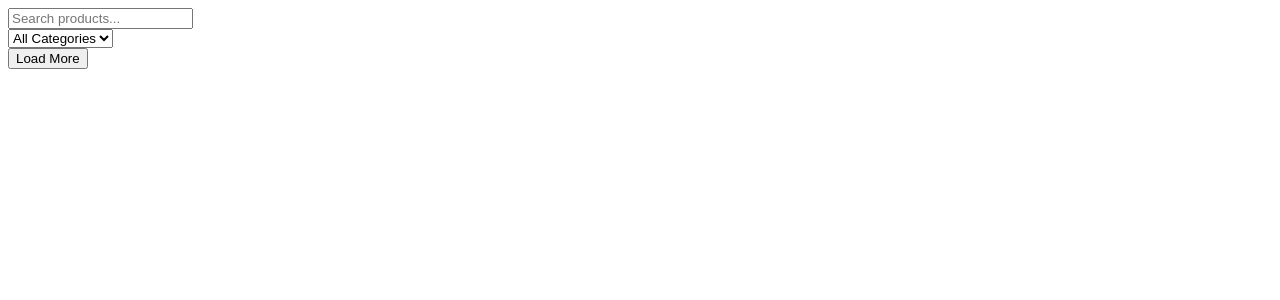
Repository: ARUN-YERRAM/LinkedinInternships
Page: / (app in my-app/)
These files come from the project's save history. The page is drawn as it stood at one moment and after the next save; the edit follows.
The browser window is 1280 px wide. The pictures show the whole page.
The page's requests for data from a server got no answer. The project was rebuilt for these pictures with package versions that can differ from the ones it lists, and the page was loaded fresh each time. No one was signed in, and anything a server would have sent is missing.

Above is the page before, as saved 2024-09-29 15:04:57.

After the next save:
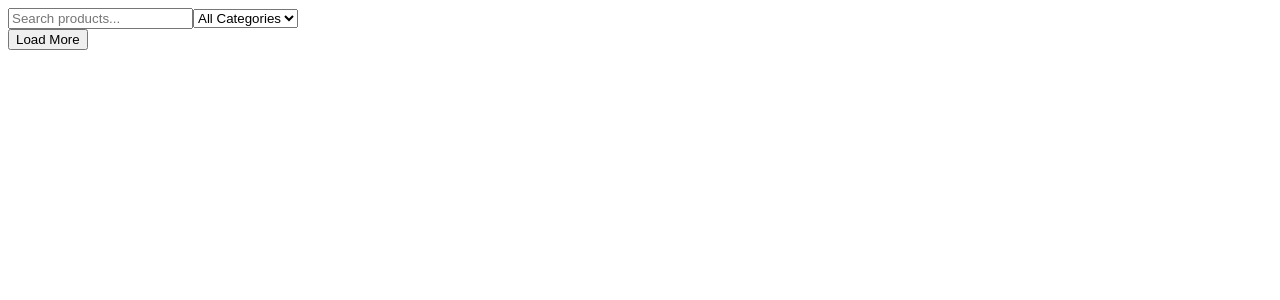
Saved 25 s later.
--- a/my-app/src/components/CategorySelector.js
+++ b/my-app/src/components/CategorySelector.js
@@ -2,16 +2,14 @@ import React from 'react';
 
 const CategorySelector = ({ categories, onCategoryChange, selectedCategory }) => {
   return (
-    <div>
-      <select value={selectedCategory} onChange={(e) => onCategoryChange(e.target.value)}>
-        <option value="">All Categories</option>
-        {categories.map((category) => (
-          <option key={category} value={category}>
-            {category}
-          </option>
-        ))}
-      </select>
-    </div>
+    <select value={selectedCategory} onChange={(e) => onCategoryChange(e.target.value)}>
+      <option value="">All Categories</option>
+      {categories.map((category) => (
+        <option key={category.slug} value={category.slug}>
+          {category.name}  {/* Render the category name */}
+        </option>
+      ))}
+    </select>
   );
 };
 
